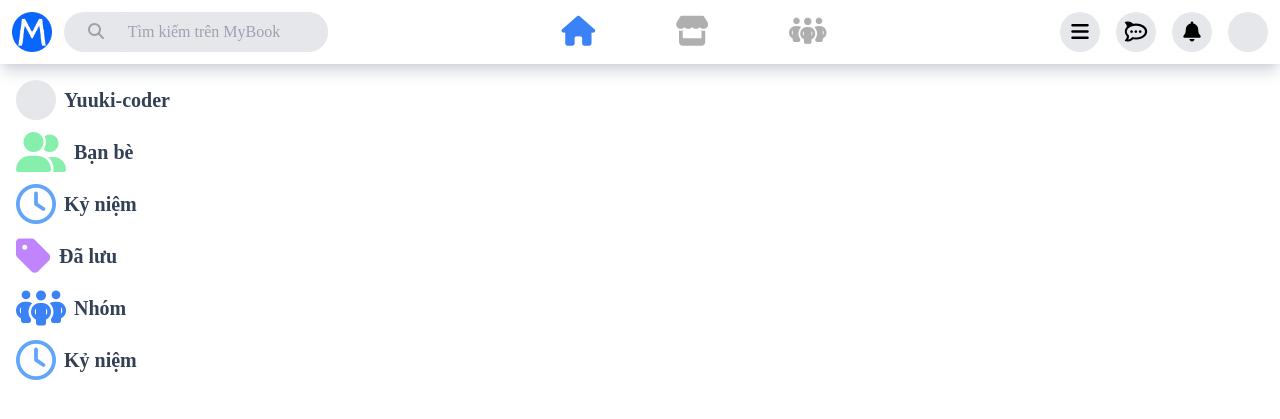
Repository: Yuukicoder/MyBook
Page: / (app in mybook/)
The author's editor kept a copy of each file at every save. The page is drawn from the files as they stood at one save, then again after the next save.
The browser window is 1280 px wide. The pictures show the whole page.
The project was rebuilt for these pictures with package versions that can differ from the ones it lists, and the page was loaded fresh each time.

Above is the page before, as saved 2023-12-13 16:10:04.

### mybook/src/index.js
import React from 'react';
import ReactDOM from 'react-dom/client';
import './index.css';
import App from './App';
import reportWebVitals from './reportWebVitals';

const root = ReactDOM.createRoot(document.getElementById('root'));
root.render(
  <React.StrictMode >
  <App / >
  </React.StrictMode>
);

// If you want to start measuring performance in your app, pass a function
// to log results (for example: reportWebVitals(console.log))
// or send to an analytics endpoint. Learn more: https://bit.ly/CRA-vitals
reportWebVitals();

### mybook/src/index.css
@tailwind base;
@tailwind components;
@tailwind utilities;
  @import url('https://fonts.googleapis.com/css2?family=Arima:wght@100;200;300;400;500;700&display=swap');
*{
  margin: 0;
  padding: 0;
  box-sizing: border-box;
  /* border: 1px solid black; */
  font-family: Arima;
}
body{
  width: 100%;
  height: 100vh;
}

### mybook/src/App.js
import './App.css';
import '@fortawesome/fontawesome-free/css/all.min.css';
import Navbar from './Navbar'
import Option from './Option'
 var App = () =>
(
    <div class="">
        <Navbar/>
        <Option name="Yuuki-coder"/>

    </div>
)

export default App;

### mybook/src/App.css
:root{
  --text-color: rgb(175, 175, 175);
  --bg-icon-color: #e5e7eb;
}
.avatar{
  width: 40px;
  height: 40px;
  background-color: var(--bg-icon-color);
  border-radius: 50%;
  display: flex;
  align-items: center;
  justify-content: center;
}

### mybook/src/Navbar.js
import './Navbar.css'
import '@fortawesome/fontawesome-free/css/all.min.css';

var Navbar = () =>(


    <div class="flex items-center justify-between  w-screen py-3 px-3  shadow-lg shadow-gray-300">
        <div class="flex">

    <div class="Navbar_icon pr-3">
        <img class="w-10 h-10" src='iconMyBook.png' alt=""></img>
    </div>
    <div class="Navbar_search h-10 bg-gray-200 rounded-3xl">
        <label class=" text-center h-full pl-6"for="">
    <i class="fa-solid fa-magnifying-glass text-gray-400" ></i>
        </label>

        <input class="rounded-3xl text-center h-full pr-6 bg-gray-200" type="text" placeholder="Tìm kiếm trên MyBook"></input>
        </div>

    </div>
    <div class="  Navbar_selection">
        <ul class="flex gap-20">
            <li>
            <i class="fa-solid fa-house text-blue-500"></i>
            </li>
            <li>
            <i class="fa-solid fa-store"></i>
            </li>
            <li> <i class="fa-solid fa-people-group"></i></li>
        </ul>
    </div>
    <div class="Navbar_option">
        <ul class="flex gap-4 items-center">
            <li>
            <div class="avatar">

                <i class="fa-solid fa-bars"></i>
            </div>
                </li>
            <li>
            <div class="avatar">

                <i class="fa-brands fa-rocketchat"></i>
            </div>
                </li>
            <li>
            <div class="avatar">

                <i class="fa-solid fa-bell"></i>
            </div>
                </li>
            <li><div class="avatar"></div></li>
        </ul>
    </div>
    </div>
)
export default Navbar;

### mybook/src/Option.js
import './Option.css'
var Option = (x) => (
    <div class="mt-4 ml-4  grid gap-3">

    <div class="flex gap-2 items-center box ">
        <div class="avatar">
        </div>
        <p class="font-semibold text-xl text-slate-700">{x.name}</p>

    </div>
    <div class="flex gap-2 items-center box">
    <i class="fa-solid fa-user-group text-green-300"></i>
        <p class="font-semibold text-xl text-slate-700">Bạn bè</p>

    </div>
    <div class="flex gap-2 items-center box ">
    <i class="fa-regular fa-clock text-blue-400"></i>
        <p class="font-semibold text-xl text-slate-700">Kỷ niệm</p>

    </div>
    <div class="flex gap-2 items-center box ">
    <i class="fa-solid fa-tag text-purple-400"></i>
        <p class="font-semibold text-xl text-slate-700">Đã lưu</p>

    </div>
    <div class="flex gap-2 items-center box ">
    <i class="fa-solid fa-people-group text-blue-500"></i>
        <p class="font-semibold text-xl text-slate-700">Nhóm</p>

    </div>
    <div class="flex gap-2 items-center box ">
    <i class="fa-regular fa-clock text-blue-400"></i>
        <p class="font-semibold text-xl text-slate-700">Kỷ niệm</p>

    </div>

    </div>
)
export default Option

### mybook/src/Navbar.css
:root{
    --text-color: rgb(175, 175, 175);
    --bg-icon-color: #e5e7eb;
  }
  ul i{
  color: var(--text-color);
  font-size: 30px;
  }

  .Navbar_option ul li i{
    color: black;
  font-size: 20px;

  }

### mybook/src/Option.css

.box i{
    font-size: 40px;
}

### mybook/tailwind.config.js
/** @type {import('tailwindcss').Config} */
module.exports = {
  content: [
    "./src/**/*.{js,jsx,ts,tsx}",
  ],
  theme: {
    extend: {},
    color:{
      'text-grey':'#9ca9c9'
    }
  },
  plugins: [],
}

Loaded but not shown: mybook/public/index.html (common file); mybook/src/reportWebVitals.js (common file)

After the next save:
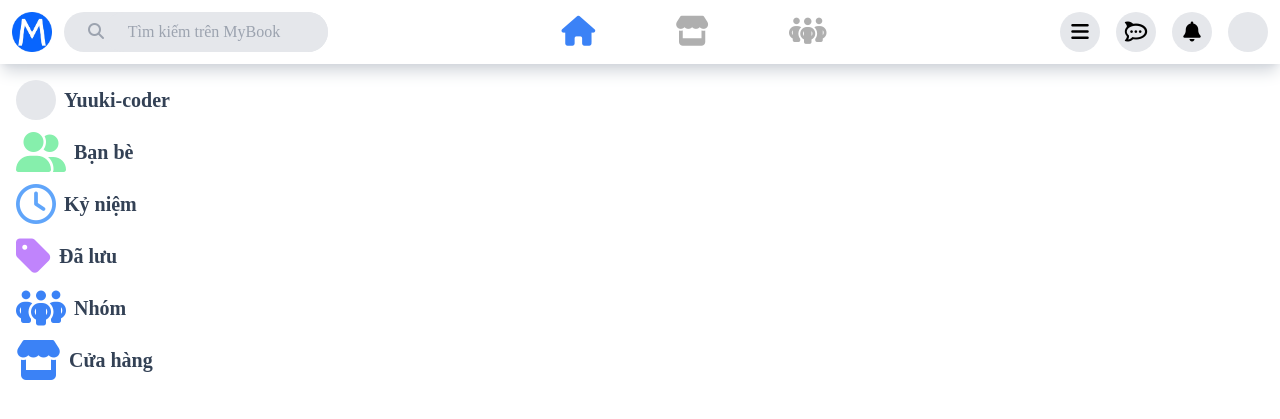
Saved 64 s later.
--- a/mybook/src/Option.js
+++ b/mybook/src/Option.js
@@ -29,8 +29,8 @@ var Option = (x) => (
 
     </div>
     <div class="flex gap-2 items-center box ">
-    <i class="fa-regular fa-clock text-blue-400"></i>
-        <p class="font-semibold text-xl text-slate-700">Kỷ niệm</p>
+    <i class="fa-solid fa-store text-blue-500"></i>
+        <p class="font-semibold text-xl text-slate-700">Cửa hàng</p>
 
     </div>
 
